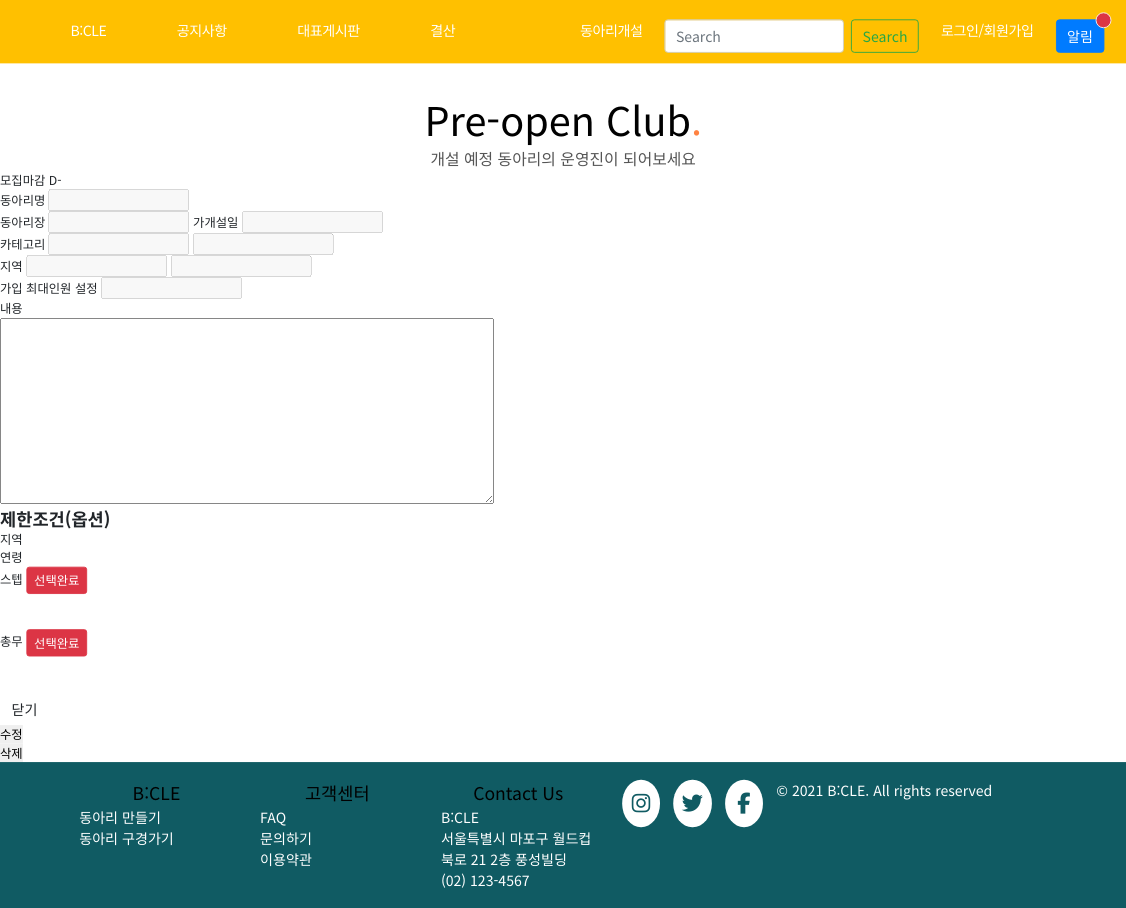
Repository: CHAEYUN7074/SpringProject
Page: http://localhost/viewpages/WEB-INF/view/ClubBeforeOpenedContents.jsp
These files come from the project's save history. The page is drawn as it stood at one moment and after the next save; the edit follows.
The browser window is 1280 px wide. The pictures show the whole page, at 88% of full size.
Some web fonts or font styles are not loaded; a fallback is used. Some web libraries are served in a nearby version. The page is served by Tomcat 9. Nobody is signed in. Other server files are loaded and not shown. The template is opened directly, without the code that normally fills it, so the values that code supplies are empty.

Above is the page before, as saved 2021-12-27 14:03:03.

### viewpages/WebContent/WEB-INF/view/ClubBeforeOpenedContents.jsp
<%@ page contentType="text/html; charset=UTF-8"%>
<%@ taglib prefix="c" uri="http://java.sun.com/jsp/jstl/core"%>
<%
   request.setCharacterEncoding("UTF-8");
String cp = request.getContextPath();
%>
<!DOCTYPE html>
<html>
<head>
<meta charset="UTF-8">
<title>ClubBeforeOpenedContents.jsp</title>
<link rel="stylesheet" href="css/mainpage.css">
<script type="text/javascript" src="http://code.jquery.com/jquery.min.js"></script>
<script type="text/javascript" src="<%=cp%>/js/jquery-ui.js"></script>
<script type="text/javascript" src="<%=cp%>/js/ajax.js"></script>

<!-- 부트스트랩 -->

<!-- <link rel="stylesheet" href="https://maxcdn.bootstrapcdn.com/bootstrap/3.4.1/css/bootstrap.min.css"> -->
<link href="https://cdn.jsdelivr.net/npm/bootstrap@5.1.3/dist/css/bootstrap.min.css" rel="stylesheet">
  <script src="https://cdn.jsdelivr.net/npm/bootstrap@5.1.3/dist/js/bootstrap.bundle.min.js"></script>
<script type="text/javascript" src="js/bootstrap.min.js"></script>
<style type="text/css">
@import
   url('https://fonts.googleapis.com/css?family=Exo+2|Noto+Sans+KR&display=swap')
   ;

.list-title{margin-top : 5vh;}
.profile {
   width: 100%;
   height: 100%;
   object-fit: cover;
}

.container {
   display: flex;
}

#staffModal {
   z-index: 9999;
}

#managerModal {
   z-index: 9999;
}

#contents {
   margin : 5vh 30vh 5vh 30vh;
   padding : 3%;
   border : 1px solid lightgray;
   border-radius : 20px;
   font-family: 'Noto Sans KR', sans-serif;
   font-weight:bold;
}



</style>

<script>
$(document).ready(function()
{
   //alert('${admin}');
   //alert(('${admin}' == ""));

   //스텝 지원하기 눌렀을 때
   $("#applyBtn1").click(function()
   {
      var cid = '${clubDetail.cid}';
      var mid = '${mid}';
      var position_id = 3; // 스태프 직위 번호는 3

      alert("스태프 지원 완료!");
      $(location).attr("href", "preclubjoininsert.action?cid="+cid+"&mid="+mid+"&position_id="+position_id);

    });

   //총무 지원하기 눌렀을 때
   $("#applyBtn2").click(function()
   {
      var cid = '${clubDetail.cid}';
      var mid = '${mid}';
      var position_id = 2; // 총무 직위 번호는 2

      alert("총무 지원 완료!");
      $(location).attr("href", "preclubjoininsert.action?cid="+cid+"&mid="+mid+"&position_id="+position_id);

    });

   //스텝 지원취소 눌렀을 때
   $("#cancleBtn1").click(function()
   {
      var cid = '${clubDetail.cid}';
      var mid = '${mid}';

      if(confirm("스태프 지원을 취소하겠습니까?"))
      {
         $(location).attr("href", "preclubjoindelete.action?cid="+cid+"&mid="+mid);
      }
    });

   //총무 지원취소 눌렀을 때
   $("#cancleBtn2").click(function()
   {
      var cid = '${clubDetail.cid}';
      var mid = '${mid}';

      if(confirm("총무 지원을 취소하겠습니까?"))
      {
         $(location).attr("href", "preclubjoindelete.action?cid="+cid+"&mid="+mid);
      }
    });


   $(function()
   {
      $(".updateBtn").click(function()
      {
         //alert($(this).val());
         $(location).attr("href", "preclubupdateform.action?cid=" + $(this).val());

      });

      $(".deleteBtn").click(function()
      {
         //alert($(this).val());
         if(confirm("현재 선택한 데이터를 정말 삭제하시겠습니까?"))
         {
            $(location).attr("href", "preclubdelete.action?cid=" + $(this).val());
         }
      });

   });

    //글 작성자에게만 수정 버튼이 보이도록한다.
      $(document).ready(function()
      {
         if ('${mid}' == '${clubDetail.mid}')

         {
            $("#updateBtn").css("display", "block");
         } else
         {
            $("#updateBtn").css("display", "none");
         }

      });

      //글 작성자에게만 삭제 버튼이 보이도록한다. ++ // 관리자
      $(document).ready(function()
      {

         if (('${mid}' == '${clubDetail.mid}') ||('${admin}' != ""))

         {
            $("#deleteBtn").css("display", "block");
         } else
         {
            $("#deleteBtn").css("display", "none");
         }

      });

      $(".updateBtn").click(function()
      {
         $('#managerModal').modal('show');
      });



});

</script>
</head>
<body>

   <!--
ClubBeforeOpenedContents.jsp
- 메인화면(로그인 전) 페이지 2 -⑤ 회원 모집 동아리 상세페이지(내용)
- 개절예정 동아리(스탭프 지원(동의)받는중)
 -->
   <div class="wrap">
      <!-- 네브 영역 -->
      <div>
         <c:import url="nav.jsp"></c:import>
      </div>


       <section class="list-title">
         <div class="title">
            <h2>Pre-open Club<span>.</span></h2>
            <p>개설 예정 동아리의 운영진이 되어보세요</p>
         </div>
      </section>

      <!-- 콘텐츠 영역 -->
      <div id="content">
         <div>
            <p>모집마감 D- ${clubDetail.day} </p>
         </div>

         <div>
            <form action="">
               <div>
                  <p>   동아리명
                  <input type="text" id="title" name="title" value="${clubDetail.title }"  disabled="disabled">
                  </p>
                  <p>
                     동아리장
                     <input type="text" id="nickname" name="nickname" value="${clubDetail.nickname }" disabled="disabled">
                     가개설일
                     <input type="text" id="preopendate" name="preopendate" value="${clubDetail.preopendate}" disabled="disabled">
                  </p>
                  <div>
                     카테고리
                     <input type="text" id="l_cat" name="l_cat" value="${clubDetail.l_cat}" disabled="disabled">
                     <input type="text" id="s_cat" name="s_cat" value="${clubDetail.s_cat}" disabled="disabled">
                  </div>
                  <div>
                     지역
                     <input type="text"  value="${clubDetail.city}" disabled="disabled">
                     <input type="text" value="${clubDetail.local}" disabled="disabled">
                  </div>
                  <p>
                     가입 최대인원 설정
                     <input type="text" value="${clubDetail.max}" disabled="disabled">
                  </p>
                  <div>
                     <p>내용</p>
                     <textarea rows="10" cols="70">
                     ${clubDetail.content}
                     </textarea>
                  </div>

                  <div>
                     <h5>제한조건(옵션)</h5>
                     <div>
                     <!-- if로 받아온 지역제한 코드가 'X'면 없음으로 보이고
                     있으면 받아온 지역명으로 보이게-->
                        지역&nbsp;
                     <c:choose>
                        <c:when test="${clubDetail.limit_id eq 'X'}">
                           <input type="text" value="없음" disabled="disabled">
                           <input type="text" value="없음" disabled="disabled">
                        </c:when>
                     </c:choose>
                     <c:choose>
                        <c:when test="${clubDetail.limit_id eq 'O'}">
                           <input type="text" value="${clubDetail.city}" disabled="disabled">
                           <input type="text" value="${clubDetail.local}" disabled="disabled">
                        </c:when>
                     </c:choose>
                     </div>

                     <div>
                     <!-- if로 받아온 나이제한 코드가 'X'면 없음으로 보이고
                     있으면 받아온 최대나이와 최소나이로 보이게  -->
                        연령&nbsp;
                        <c:choose>
                           <c:when test="${clubDetail.agelimit_id eq 'X'}">
                              <input type="text" value="없음" disabled="disabled">
                              <input type="text" value="없음" disabled="disabled">
                           </c:when>
                        </c:choose>
                        <c:choose>
                           <c:when test="${clubDetail.agelimit_id eq 'O'}">
                              <input type="text" value="${clubDetail.min_age}"
                                 disabled="disabled"> ~
                              <input type="text" value="${clubDetail.max_age}"
                                 disabled="disabled">
                           </c:when>
                        </c:choose>
                     </div>

                     <!-- 우선 자기 동아리 인지 / 아닌지
                     자기 동아리면 지원하기가 아니고 선정하기 -->

                     <div>
                        스텝
                        <c:choose>
                           <c:when test="${clubDetail.mid eq mid and staffCnt eq 0}">
                              <button type="button" class="btn btn-success btn-sm"
                                 data-bs-toggle="modal" data-bs-target="#staffModal" id="choiceBtn1">
                                 선정하기</button>

                           </c:when>
                           <c:when test="${clubDetail.mid eq mid and staffCnt ne 0}">
                              <input type="button" class="btn btn-danger btn-sm" value="선택완료" readonly="readonly" >
                           </c:when>
                           <c:when test="${joinCheck eq -1}"> <!-- 가입신청이 안되어있으면 지원하기 보임 -->
                              <input type="button" value="지원하기" id="applyBtn1" >
                           </c:when>
                           <c:when test="${joinCheck eq 3}"> <!-- 이미 해당 포지션에 지원 했다면 지원취소 보임 -->
                              <input type="button" value="지원취소" id="cancleBtn1" >
                           </c:when>
                        </c:choose>
                     <!--
                        <div class="container"> 5개마다 그려줘야함
                           <div class="box" style="background: #BDBDBD;">
                              <img class="profile" src="">
                           </div>
                           <div class="box" style="background: #BDBDBD;">
                              <img class="profile" src="">
                           </div>
                           <div class="box" style="background: #BDBDBD;">
                              <img class="profile" src="">
                           </div>
                           <div class="box" style="background: #BDBDBD;">
                              <img class="profile" src="">
                           </div>
                           <div class="box" style="background: #BDBDBD;">
                              <img class="profile" src="">
                           </div>
                        </div> - -->

                        <!-- 선정하기를 완료하면 선정완료로 변 -->
                        <div class="container">
                           <table>
                           <tr>
                              <c:forEach var="staff" items="${applyStaffList }" varStatus="status">
                                 <c:if test="${status.index%5==0 }">
                                    </tr><tr>
                                 </c:if>
                                 <td>
                                 <c:choose>
                                       <c:when test="${clubDetail.mid eq mid}"> <!-- 동아리 장이면 프로필 이동 가능 (a태그) -->
                                          <a href="memberprofile.action?mid=${staff.mid}"
                                          onclick="window.open(this.href, '회원 프로필' , 'width=900,height=600'); return false;">
                                          <img src="${staff.url }" class="rounded-circle" alt="Cinque Terre" width="100" height="100">
                                          <br> ${staff.nickname }
                                          </a>
                                       </c:when>
                                       <c:otherwise> <!-- 동아리 장 아니면 프로필 이동 불가, 사진과 닉네임만 보여짐 -->
                                          <img src="${staff.url }" class="rounded-circle" alt="Cinque Terre" width="100" height="100">
                                          <br> ${staff.nickname }
                                       </c:otherwise>
                                    </c:choose>
                                 </td>
                              </c:forEach>
                           </tr>

                           </table>
                        </div>
                     </div>

                     <div>
                        총무
                        <c:choose>
                           <c:when test="${clubDetail.mid eq mid and managerCnt eq 0}">
                              <button type="button" class="btn btn-success btn-sm"
                                 data-bs-toggle="modal" data-bs-target="#managerModal"
                                  id="choiceBtn2">
                                 선정하기</button>
                                 <%-- <c:import url="ChoiceModal.jsp"></c:import> --%>
                           </c:when>
                           <c:when test="${clubDetail.mid eq mid and managerCnt ne 0}">
                              <input type="button" class="btn btn-danger btn-sm" value="선택완료" readonly="readonly" >
                           </c:when>
                           <c:when test="${joinCheck eq -1}">
                              <input type="button" value="지원하기" id="applyBtn2" >
                           </c:when>
                           <c:when test="${joinCheck eq 2}">
                              <input type="button" value="지원취소" id="cancleBtn2" >
                           </c:when>
                        </c:choose>

                        <div class="container">
                           <table>
                           <tr>
                              <c:forEach var="manager" items="${applyManagerList }" varStatus="status">
                                 <c:if test="${status.index%5==0 }">
                                    </tr><tr>
                                 </c:if>
                                 <td>
                                    <c:choose>
                                       <c:when test="${clubDetail.mid eq mid}"> <!-- 동아리 장이면 프로필 이동 가능 (a태그) -->
                                          <a href="memberprofile.action?mid=${manager.mid}"
                                          onclick="window.open(this.href, '회원 프로필' , 'width=900,height=600'); return false;">
                                          <img src="${manager.url }" class="rounded-circle" alt="Cinque Terre" width="100" height="100">
                                          <br> ${manager.nickname }
                                          </a>
                                       </c:when>
                                       <c:otherwise>
                                          <img src="${manager.url }" class="rounded-circle" alt="Cinque Terre" width="100" height="100">
                                          <br> ${manager.nickname }
                                       </c:otherwise>
                                    </c:choose>

                                 </td>
                              </c:forEach>
                           </tr>

                           </table>
                        </div>
                     </div>

                  <div>
                        <button type="button" class="btn" id="closeBtn"
                           onclick="location.href='clubprelistform.action'">닫기</button>

                        <button type="button" class="updateBtn" id="updateBtn"
                           onclick="checkId()" value="${clubDetail.cid }"
                           style="display: block">수정</button>
                        <button type="button" class="deleteBtn" id="deleteBtn" onclick="checkId2()"
                           value="${clubDetail.cid }">삭제</button>
                     </div>


               </div>
            </form>
         </div>
      </div>

      <!-- 풋터영역 -->
      <div>
         <c:import url="footer.jsp"></c:import>
      </div>

   </div>
<!-- ○ 스태프 선택 모달 -->
<!-- Modal : 처음에는 안보이게 설정이 되어 있다. -->
<!-- The Modal -->
<div class="modal fade" id="staffModal">  <!-- fade 천천히 나타나게 해주는 -->
  <div class="modal-dialog "> <!-- 뒤에 백그라운드 어두어지게 하는거 -->

    <!-- Modal content -->
    <form action="memberselect.action?cid=${clubDetail.cid }" method="post"> <!-- 폼태그로 넘기거나, 자바스크립트를 사용하거나  -->
    <div class="modal-content"> <!-- 모달의 전체적인 구성 -->

      <!-- Modal Header -->
      <div class="modal-header">
        <h5 class="modal-title">함께하기</h5>
        <button type="button" class="btn-close" data-bs-dismiss="modal"></button> <!-- X버튼을 클릭하면 모달이 닫힌다. -->
      </div>

      <!-- Modal body -->
      <div class="modal-body">
         <div class="row">
            <c:forEach var="staff" items="${applyStaffList }" varStatus="status">
               <c:if test="${status.index%3==0 }">
                  </div><div class="row">
               </c:if>
               <div class="col-lg-4">
                  <img src="${staff.url }" class="rounded-circle" alt="Cinque Terre" width="80" height="80">
                  <p>${staff.nickname }<p>
                  &nbsp;&nbsp;&nbsp;&nbsp;&nbsp;
                  <input type="radio" class="form-check-input" id="selectRadio" name="selectRadio" value="${staff.mid }">
                  <label class="form-check-label" for="selectRadio"></label>
               </div>
            </c:forEach>
            </div>
      </div>

      <!-- Modal footer -->
      <div class="modal-footer">
         <button type="submit" class="btn btn-success" data-bs-dismiss="modal">선택</button>
        <button type="button" class="btn btn-danger" data-bs-dismiss="modal">취소</button>
      </div>

    </div> <!-- end modal-content  -->
    </form>

  </div>
</div> <!-- staffModal end -->

 <!-- 총무 선택 모달 -->
<div class="modal fade" id="managerModal">  <!-- fade 천천히 나타나게 해주는 -->
  <div class="modal-dialog "> <!-- 뒤에 백그라운드 어두어지게 하는거 -->

    <!-- Modal content -->
    <form action="memberselect.action?cid=${clubDetail.cid }" method="post"> <!-- 폼태그로 넘기거나, 자바스크립트를 사용하거나  -->
    <div class="modal-content"> <!-- 모달의 전체적인 구성 -->

      <!-- Modal Header -->
      <div class="modal-header">
        <h5 class="modal-title">함께하기</h5>
        <button type="button" class="btn-close" data-bs-dismiss="modal"></button> <!-- X버튼을 클릭하면 모달이 닫힌다. -->
      </div>

      <!-- Modal body -->
      <div class="modal-body">
         <div class="row">
            <c:forEach var="manager" items="${applyManagerList }" varStatus="status">
               <c:if test="${status.index%3==0 }">
                  </div><div class="row">
               </c:if>
               <div class="col-lg-4">
                  <img src="${manager.url }" class="rounded-circle" alt="Cinque Terre" width="80" height="80">
                  <p>${manager.nickname }<p>
                  &nbsp;&nbsp;&nbsp;&nbsp;&nbsp;
                  <input type="radio" class="form-check-input" id="selectRadio" name="selectRadio" value="${manager.mid }">
                  <label class="form-check-label" for="selectRadio"></label>
               </div>
            </c:forEach>
            </div>
      </div>

      <!-- Modal footer -->
      <div class="modal-footer">
         <button type="submit" class="btn btn-success" data-bs-dismiss="modal">선택</button>
        <button type="button" class="btn btn-danger" data-bs-dismiss="modal">취소</button>
      </div>

    </div> <!-- end modal-content  -->
    </form>

  </div>
</div>

</body>
</html>

Loaded but not shown: viewpages/WebContent/js/jquery-ui.js (library); viewpages/WebContent/js/bootstrap.min.js (library); viewpages/WebContent/js/ajax.js (47 lines, source omitted); viewpages/WebContent/css/mainpage.css (112 lines, source omitted); viewpages/WebContent/WEB-INF/view/nav.jsp (266 lines, source omitted); viewpages/WebContent/WEB-INF/view/footer.jsp (213 lines, source omitted)

After the next save:
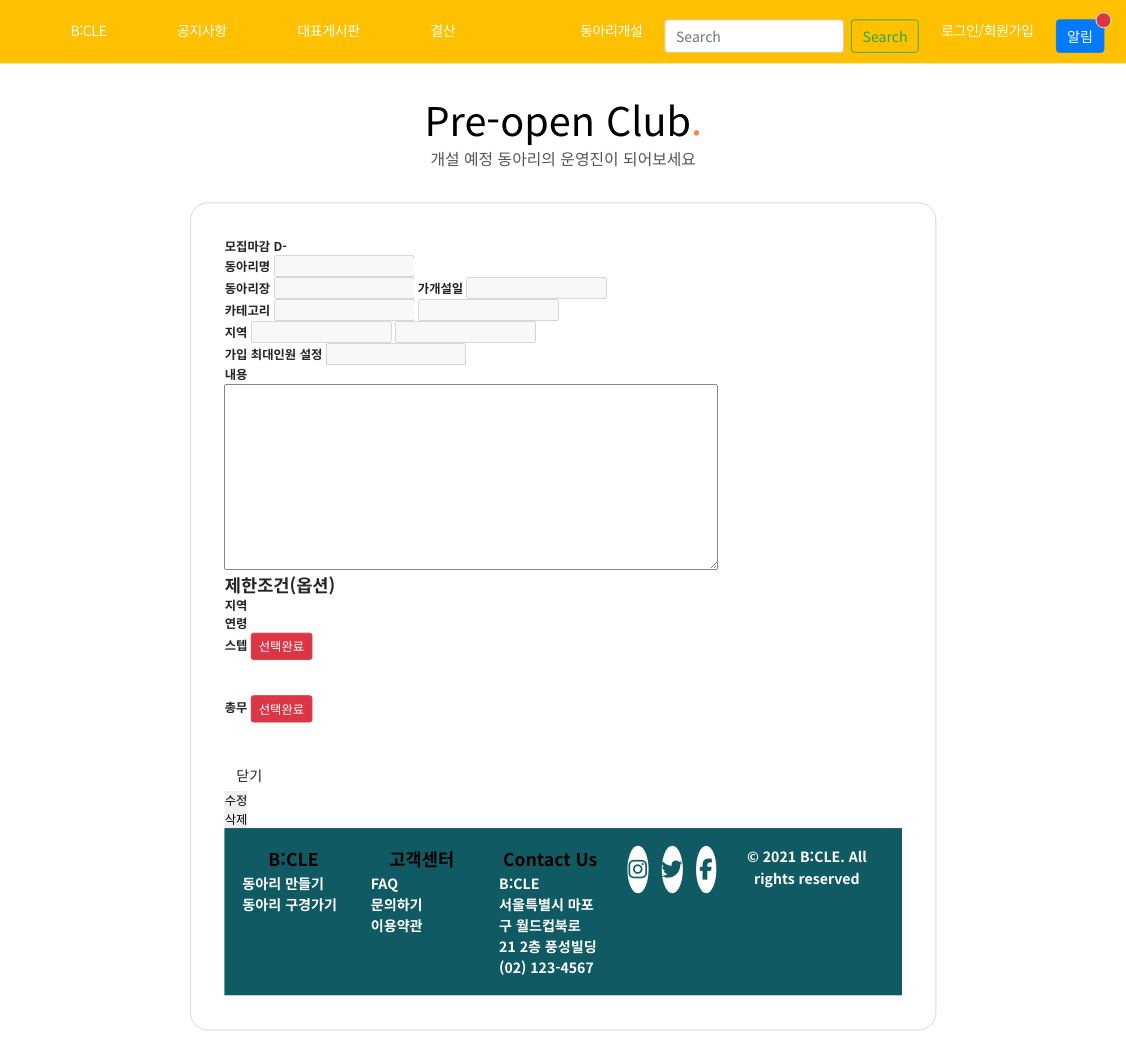
Saved 47 s later.
--- a/viewpages/WebContent/WEB-INF/view/ClubBeforeOpenedContents.jsp
+++ b/viewpages/WebContent/WEB-INF/view/ClubBeforeOpenedContents.jsp
@@ -194,7 +194,7 @@ ClubBeforeOpenedContents.jsp
       </section>
 
       <!-- 콘텐츠 영역 -->
-      <div id="content">
+      <div id="contents">
          <div>
             <p>모집마감 D- ${clubDetail.day} </p>
          </div>
